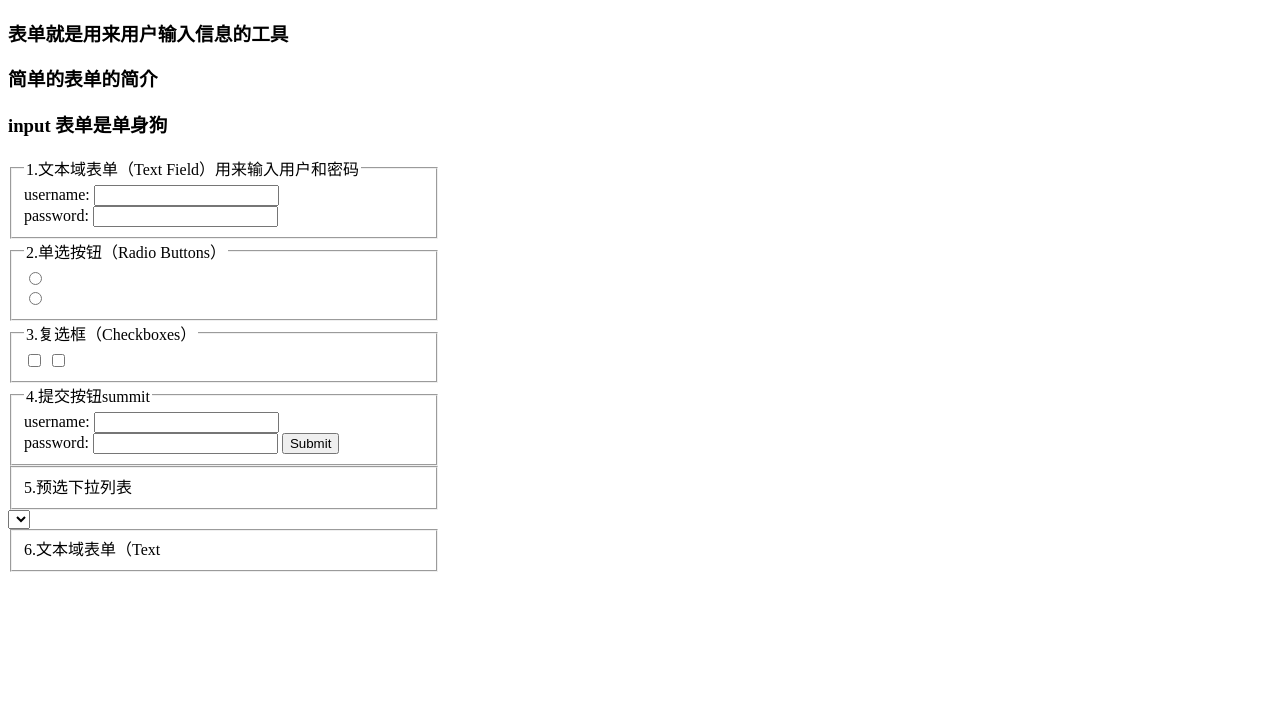
Repository: jarvanstack/vscode
Page: HTML/HTML中From表单.html
The author's editor kept a copy of each file at every save. The page is drawn from the files as they stood at one save, then again after the next save.
The browser window is 1280 px wide. The pictures show the whole page.

Above is the page before, as saved 2020-06-11 10:00:57.

### HTML/HTML中From表单.html
<!DOCTYPE html>
<html lang="en">

<head>
    <meta charset="UTF-8">
    <meta name="viewport" content="width=device-width, initial-scale=1.0">
    <title>HTML中From表单</title>
    <style>
        fieldset
        {
            width: 400px;
        }
    </style>
</head>
<body>
    <h3>表单就是用来用户输入信息的工具</h3>
    <h3>简单的表单的简介</h3>
    <h3>input 表单是单身狗</h3>
    <form action="post">
        <fieldset>
            <legend>1.文本域表单（Text Field）用来输入用户和密码</legend>
            <span>
                username: <input type="text" name="username">
            </span>
            <br>
            <span>
                password: <input type="password" name="password">
            </span>
        </fieldset>
    </form>
    <form action="post">
        <fieldset>
            <legend>2.单选按钮（Radio Buttons）</legend>
            <span>
                <input type="radio" name="sex" value="男">
            </span>
            <br>
            <span>
                <input type="radio" name="sex" value="女">
            </span>
        </fieldset>
    </form>
    <form action="post">
        <fieldset>
            <legend>3.复选框（Checkboxes）</legend>
            <span>
                <input type="checkbox" name="like_things" value="apple" >
            </span>
            <span>
                <input type="checkbox" name="like_things" value="banana">
            </span>
        </fieldset>
    </form>
    <form action="post">
        <fieldset>
            <legend>4.提交按钮summit</legend>
            <span>
                username: <input type="text" name="username">
            </span>
            <br>
            <span>
                password: <input type="password" name="password">
            </span>
            <span>
                <input type="submit" name="submit">
            </span>
        </fieldset>
    </form>
    <form action="post">
        <fieldset>5.预选下拉列表</fieldset>
        <select name="cars" id="">
            <option value="小车"></option>
            <option value="汽车"></option>
            <option value="公交车"></option>
        </select>
    </form>
    <form action="post">
        <fieldset>6.文本域表单（Text</fieldset>
    </form>
</body>

</html>

After the next save:
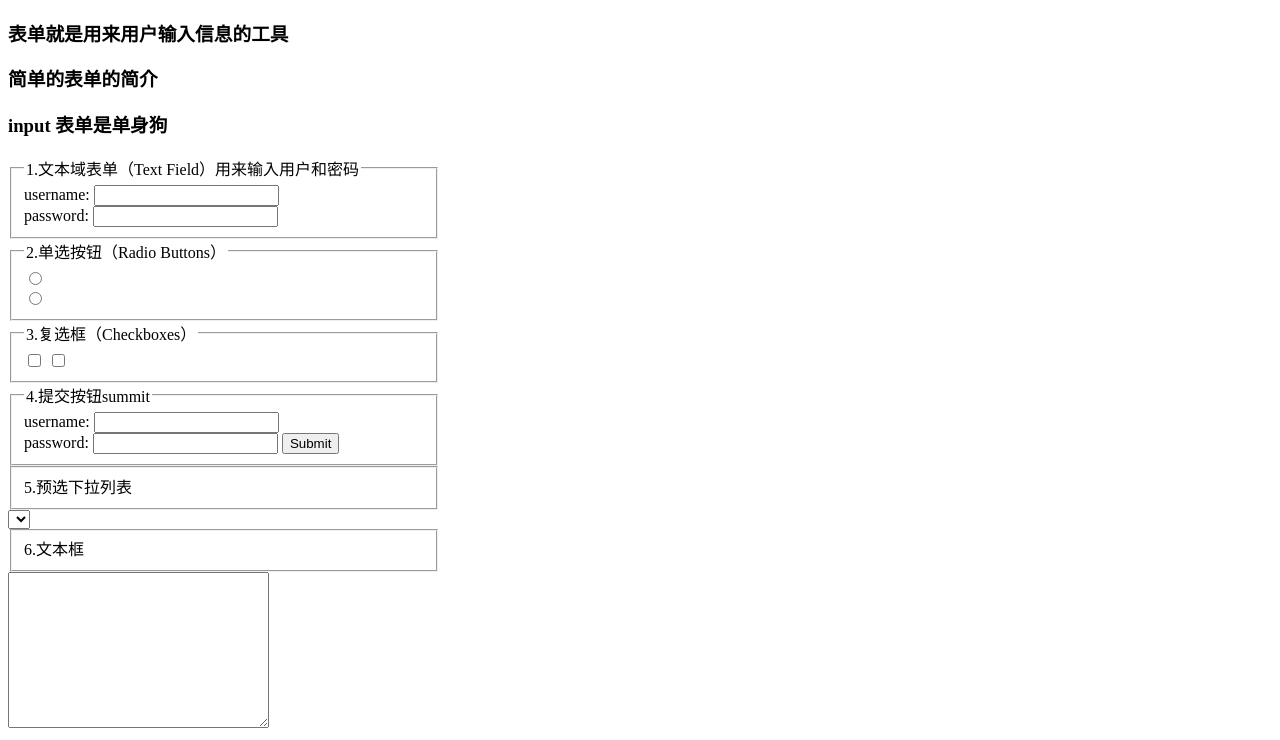
Saved 35 s later.
--- a/HTML/HTML中From表单.html
+++ b/HTML/HTML中From表单.html
@@ -75,7 +75,8 @@
         </select>
     </form>
     <form action="post">
-        <fieldset>6.文本域表单（Text</fieldset>
+        <fieldset>6.文本框</fieldset>
+        <textarea name="" id="" cols="30" rows="10"></textarea>
     </form>
 </body>
 
